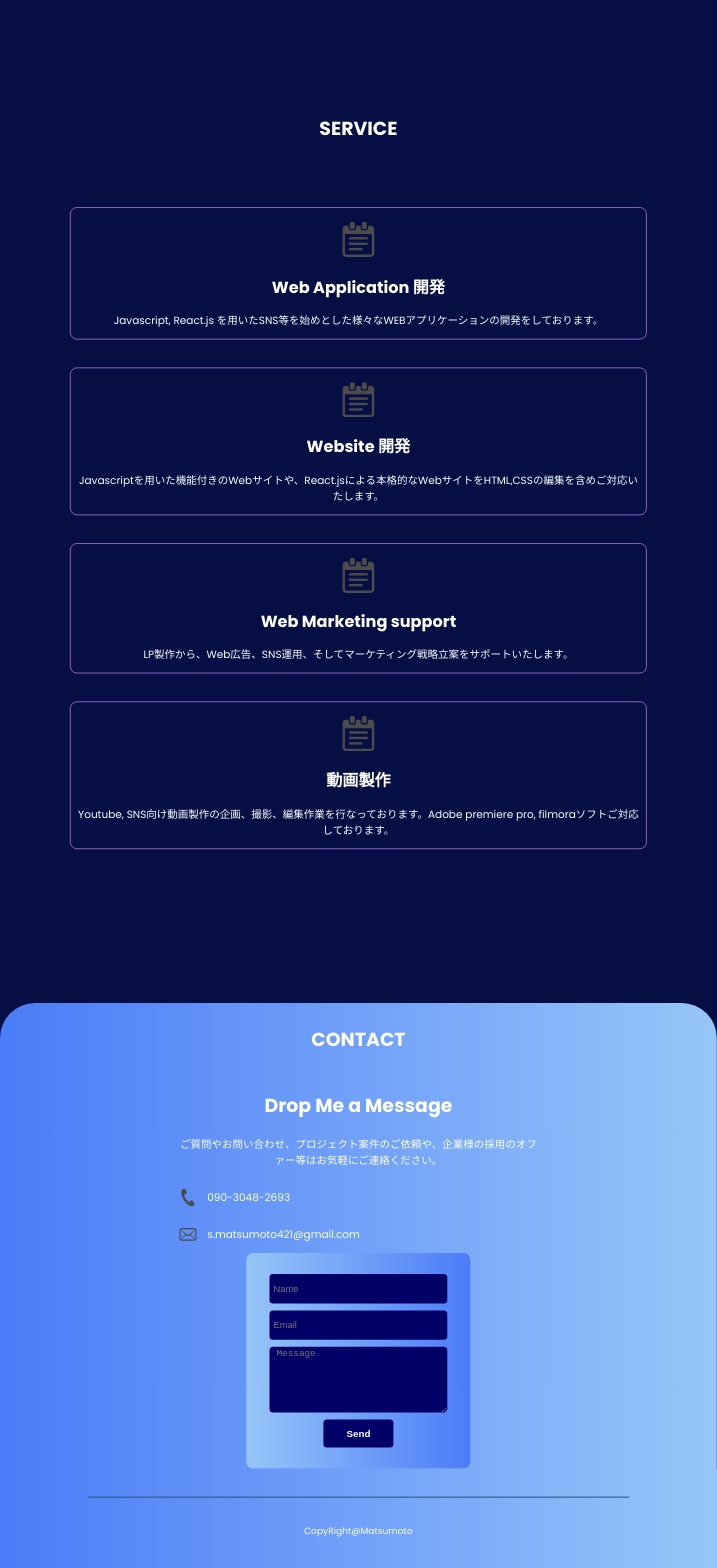
Repository: Seiya00002/my-portfolio-website2
Page: /
The author's editor kept a copy of each file at every save. The page is drawn from the files as they stood at one save, then again after the next save.
The browser window is 1024 px wide. The pictures show the part of the page from y = 3460 to 5700 px (the page is 5700 px tall before and 5695 px after), at 70% of full size.
Some web fonts or font styles are not loaded; a fallback is used. The project was rebuilt for these pictures with package versions that can differ from the ones it lists, and the page was loaded fresh each time.

Above is the page before, as saved 2023-09-27 10:10:30.

After the next save:
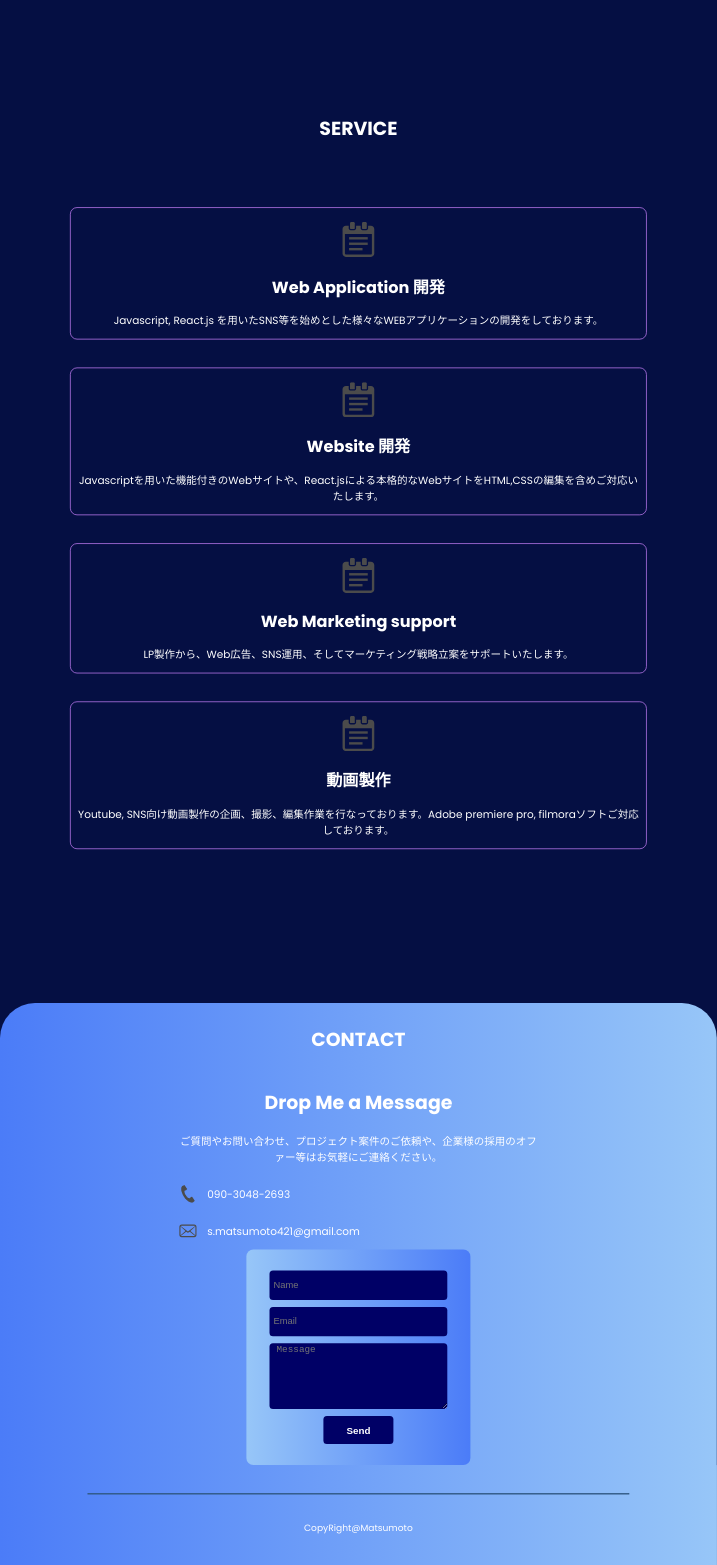
Saved 82 s later.
--- a/src/App.css
+++ b/src/App.css
@@ -247,7 +247,7 @@
 .contact-section-title {
   display: flex;
   justify-content: center;
-  padding: 10px 0;
+  padding: 10px 0 5px 0;
 }
 
 .contact-section input {
@@ -344,7 +344,6 @@
     justify-content: center;
     text-align: center;
     align-items: center;
-    flex-direction: column;
   }
 
   .contact-outer {
